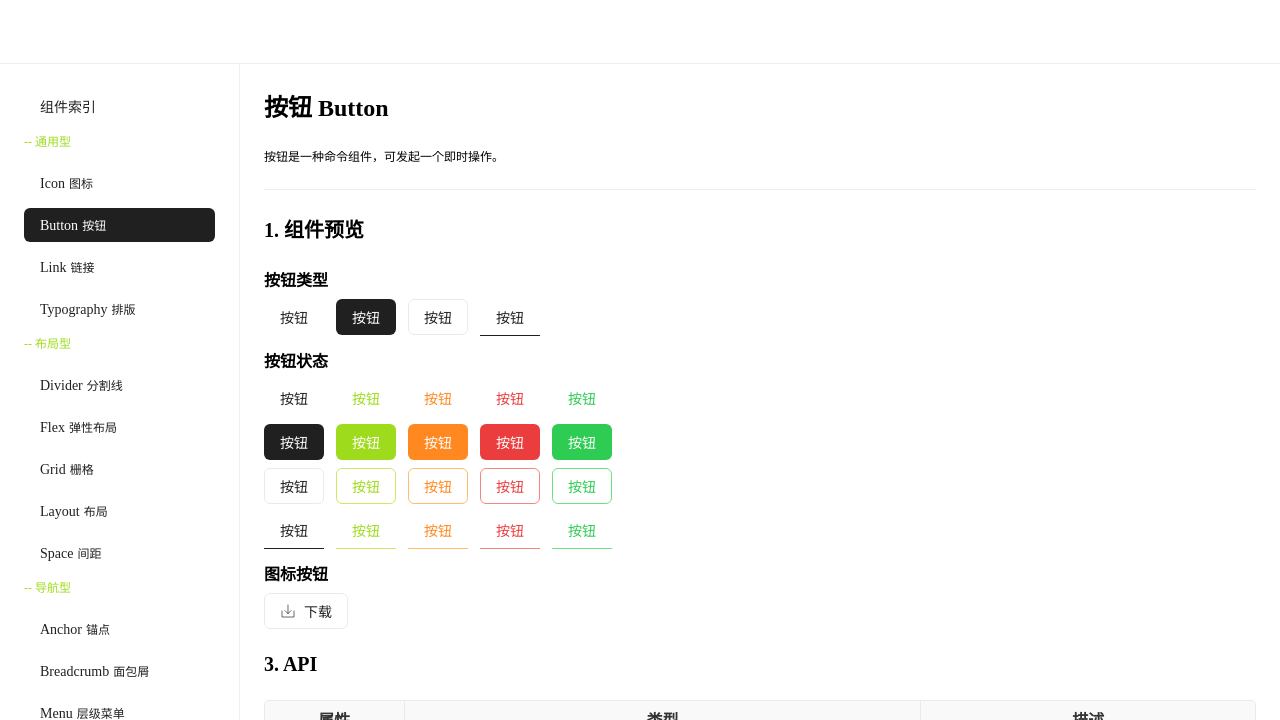
Repository: suminhan007/LandDesign
Page: /
The author's editor kept a copy of each file at every save. The page is drawn from the files as they stood at one save, then again after a run of saves.
The browser window is 1280 px wide. The pictures show the whole page.
An inner scrolling area shows only its first screen. The project was rebuilt for these pictures with package versions that can differ from the ones it lists, and the page was loaded fresh each time. Also part of the build but not shown: vite.config.ts, packages/Pop.tsx, example/components/ComponentPreview.tsx, example/components/IconExample.tsx.

Above is the page before, as saved 2024-03-17 19:08:15.

### index.html
<!DOCTYPE html>
<html lang="en">
  <head>
    <meta charset="UTF-8" />
    <link rel="icon" type="image/svg+xml" href="/vite.svg" />
    <meta name="viewport" content="width=device-width, initial-scale=1.0" />
    <title>Land Design</title>
  </head>
  <body>
    <div id="root"></div>
    <script type="module" src="/example/main.tsx"></script>
  </body>
</html>

### example/App.tsx
import React, { useState } from 'react';
import styled from 'styled-components';
import "./app.css";
import '../style/atomic.scss';
import '../style/variable.scss';

import Button from '../packages/Button';
import Divider from '../packages/Divider';
import Table from '../packages/Table';
import Title from '../packages/Title';
import ComponentPreview from './components/ComponentPreview';

// 引入数据
import {
  COMMON_COMPONENTS_DATA,
  LAYOUT_COMPONENTS_DATA,
  NAV_COMPONENTS_DATA,
  INPUT_COMPONENTS_DATA,
  DISPLAY_COMPONENTS_DATA,
  FEEDBACK_COMPONENTS_DATA,
  TEXT_COMPONENTS_DATA,
  OTHER_COMPONENTS_DATA
} from './mock';

const Nav_Data = [
  { id: 1, data: COMMON_COMPONENTS_DATA, title: '通用型' },
  { id: 2, data: LAYOUT_COMPONENTS_DATA, title: '布局型' },
  { id: 3, data: NAV_COMPONENTS_DATA, title: '导航型' },
  { id: 4, data: INPUT_COMPONENTS_DATA, title: '数据输入型' },
  { id: 5, data: DISPLAY_COMPONENTS_DATA, title: '输入展示型' },
  { id: 6, data: FEEDBACK_COMPONENTS_DATA, title: '反馈型' },
  { id: 7, data: TEXT_COMPONENTS_DATA, title: '文字型' },
  { id: 8, data: OTHER_COMPONENTS_DATA, title: '其他' },
]

function App() {
  const [activedId, setActivedId] = useState<number>(2);
  return (
    <div>
      <StyledTopNav></StyledTopNav>
      <div className='flex'>
        <StyledLeftNav className='flex column gap-20 py-24 px-24 overflow-auto'>
          {/* <Title title='-- 组件索引' type='p' className='my-8' style={{ color: 'var(--color-primary-6)' }} /> */}
              <Button
                text='组件索引'
                width='100%'
                justify='start'
                type={activedId === 0 ? 'background' : 'text'}
                onClick={() => setActivedId(0)}
              />
          {
            Nav_Data.map(navItem =>
              <div className='flex column gap-8'>
                <Title title={`-- ${navItem.title}`} type='p' className='my-8' style={{ color: 'var(--color-primary-6)' }} />
                {
                  navItem.data?.map(navBtnItem =>
                    <Button
                      key={navBtnItem.id}
                      text={navBtnItem.en}
                      subText={navBtnItem.zh}
                      width='100%'
                      justify='start'
                      type={activedId === navBtnItem.id ? 'background' : 'text'}
                      onClick={() => setActivedId(navBtnItem.id)}
                    />
                  )
                }
              </div>
            )
          }
        </StyledLeftNav>
        <StyledRightContent className='flex p-24 overflow-auto'>
          {/* 组件索引 */}
          {activedId === 0 && <ComponentPreview/>}
          {
            activedId != 0 && COMMON_COMPONENTS_DATA.filter(itm => itm.id === activedId).map(item =>
              <div className='width-100 flex column gap-24 mb-24' style={{height: 'fit-content'}}>
                <Title title={`${item.zh} ${item.en}`} type='h1' />
                <Title title={item.desc} type='p'/>
                <Divider />
                <Title title='1. 组件预览' type='h2' />
                  {item.example}
                <Title title='3. API' type='h2' />
                <Table titleData={[{ title: '属性', value: 'props' }, { title: '类型', value: 'type' }, { title: '描述', value: 'desc' }]} data={item.props} style={{ width: '100%' }} />

              </div>
            )
          }
        </StyledRightContent>
      </div>
    </div>
  )
}

const StyledTopNav = styled.div`
  height: 64px;
  border-bottom: 1px solid #eee;
  box-sizing: border-box;
`

const StyledLeftNav = styled.div`
    width: 240px;
    height: calc(100vh - 64px);
    flex-shrink: 0;
    border-right: 1px solid var(--color-border-1);
    box-sizing: border-box;
`

const StyledRightContent = styled.div`
    width: calc(100% - 48px);
    height: calc(100vh - 64px);
    box-sizing: border-box;
`

export default App

### example/app.css
body,
h1,
h2,
h3,
a,
p {
    margin: 0;
    padding: 0;
}

### style/variable.scss
:root{
    // 主题色
    --color-primary-1: #FCFFE8; // 背景
    --color-primary-2: #EDF8BB; // 文字禁用
    --color-primary-3: #DCF190; // 禁用
    --color-primary-4: #C9E968; // 特殊选中 & 边框
    --color-primary-5: #B5E241; // 悬浮 :hover
    --color-primary-6: #9FDB1D; // 常规
    --color-primary-7: #7EB712; // 点击 :active
    --color-primary-8: #5F940A; // 已点击

    // 状态色: success warnning error
    --color-red-1: #FFECE8;
    --color-red-2: #FBCBC4;
    --color-red-3: #F7A9A1;
    --color-red-4: #F3867E;
    --color-red-5: #EF625D;
    --color-red-6: #EB3D3D;
    --color-red-7: #C3262B;
    --color-red-8: #9C141D;

    --color-orange-1: #FFF7E8;
    --color-orange-2: #FFE6C0;
    --color-orange-3: #FFD298;
    --color-orange-4: #FFBC70;
    --color-orange-5: #FFA448;
    --color-orange-6: #FF8920;
    --color-orange-7: #D26614;
    --color-orange-8: #A6490A;

    --color-green-1: #E8FFEA;
    --color-green-2: #BDF5C3;
    --color-green-3: #95EBA1;
    --color-green-4: #70E083;
    --color-green-5: #4ED669;
    --color-green-6: #2ECC52;
    --color-green-7: #1DAC43;
    --color-green-8: #108C35;

    // 链接色
    --color-link-1: #E8F3FF;
    --color-link-2: #BEDAFF;
    --color-link-3: #94BFFF;
    --color-link-4: #6AA1FF;
    --color-link-5: #4080FF;
    --color-link-6: #165DFF;
    --color-link-7: #0E42D2;
    --color-link-8: #072CA6;

    // 标签色 & 数据色
    --color-tag-1: #F53F3F;
    --color-tag-2: #FF7D00;
    --color-tag-3: #23C343;
    --color-tag-4: #14C9C9;
    --color-tag-5: #3491FA;
    --color-tag-6: #8D4EDA;
    --color-tag-7: #FF4A83;
    --color-tag-8: #4e5969;
    --color-tag-9: #DDBEF6;
    --color-tag-10: #FF99B2;
    --color-tag-11: #AFF0B5;

    // 边框色(无交互)
    --color-border-1: #EFEFEF; // 常规
    --color-border-2: #EAEAEA; // 重边框

    // 边框粗细
    --border-1: 1px;
    --border-2: 2px;

    // 背景色
    --color-bg-white: #FFF;
    --color-bg-1: #F9F9F9;
    --color-bg-2: #F6F6F6;
    --color-bg-3: #FAFAFA;

    // 文字色
    --color-text-1: #0D0D0D;
    --color-text-2: #202020;
    --color-text-3: #555;
    --color-text-4: #888;
    --color-text-light: #F9F9F9;
    --color-text-white: #FFF;

    // 字号
    --font-content-small: 12px; // 正文-小
    --font-content-medium: 14px; // 正文-常规
    --font-content-large: 16px; // 正文-大
    --font-title-mini: 12px; // 标题-辅助
    --font-title-small: 16px; // 标题-小
    --font-title-medium: 20px; // 标题-常规
    --font-title-large: 24px; // 标题常-大
    --font-slogan-small: 36px; // 视觉标题-小
    --font-slogan-medium: 48px; // 视觉标题-常规
    --font-slogan-large: 64px; // 视觉标题常-大

    // 字重
    --font-weight-300: 300; // light
    --font-weight-400: 400; // regular
    --font-weight-500: 500; // bold
    --font-weight-500: 600; // heavy

    // 亲密性
    --size-4: 4px;
    --size-8: 8px;
    --size-12: 12px;
    --size-20: 20px;
    --size-32: 32px;
    --size-80: 80px;

    // 图标尺寸
    --icon-mini: 12px;
    --icon-small: 16px;
    --icon-medium: 20px;
    --icon-large: 24px;

    // 圆角
    --radius-2: 2px;
    --radius-4: 4px;
    --radius-6: 6px;
    --radius-8: 8px;
    --radius-12: 12px;
    --radius-20: 20px;
    --radius-50: 50%;

    // 间距
    --padding-small: 4px;
    --padding-medium: 8px 16px;
    --padding-large: 16px;

    // 背景模糊
    ---blur-small: blur(10px);
    ---blur-medium: blur(15px);
    ---blur-large: blur(30px);

    // 透明度
    ---opacity-0: 0;
    ---opacity-01: 0.1;
    ---opacity-02: 0.2;
    ---opacity-04: 0.4;
    ---opacity-68: 0.68;
    ---opacity-08: 0.8;
    ---opacity-09: 0.9;
    ---opacity-1: 1;

    // 投影
    --boxshadow-small: 0 0px 4px rgba(0, 0, 0, 0.1);
    --boxshadow-medium: 0 0 10px rgba(0, 0, 0, 0.1);
    --boxshadow-large: 0 0 20px rgba(0, 0, 0, 0.1);

    // 过渡
    --transition-15: 0.15s;
    --transition-2: 0.2s;
    --transition-3: 0.3s;
    --transition-8: 0.8s;

    /****** 暗黑模式 ******/
}

### packages/Button.tsx
import React, { CSSProperties, useMemo } from 'react'
import styled from 'styled-components'
// import { IconLoading } from './Icon';
import Pop, { PopProps } from './Pop';

export type ButtonProps = {
  /* 按钮主要文案 */
  text?: string;
  /* 按钮次要文案 */
  subText?: string;
  /* 按钮图标: 若仅指定 icon 而未指定文案，则渲染为按钮图标（宽高一致） */
  icon?: React.ReactNode;
  /* 设置按钮宽度&高度：设置后 padding 将不起作用 */
  width?: string | number;
  height?: string | number;
  /* 按钮文字对齐方式 */
  justify?: 'center' | 'start' | 'end';
  /* 按钮风格 */
  type?: 'text' | 'background' | 'border' | 'line';
  /* 按钮状态 */
  status?: 'default' | 'primary' | 'warning' | 'danger' | 'success';
  /* 是否禁用 */
  disabled?: boolean;
  /* 是否记载中 */
  loading?: boolean;
  /* 按钮气泡 */
  pop?: React.ReactNode | string;
  /* 气泡配置 */
  PopProps?: PopProps;
  /* 跳转链接：按钮作为 a 标签 */
  href?: string;
  /* a 标签对应的 target 属性 */
  target?: '_self' | '_blank' | '_top' | '_parent';
  /* 按钮点击事件 */
  onClick?: (e: React.UIEvent) => void;
  style?: CSSProperties;
  className?: string;
}

const Button: React.FC<ButtonProps> = ({
  text = '按钮',
  subText,
  icon,
  width,
  height,
  justify = 'center',
  type = 'border',
  status = 'default',
  disabled,
  loading,
  pop,
  PopProps,
  href,
  target = '_blank',
  onClick,
  style,
  className = ''
}) => {
  /* 仅指定 icon 属性时 iconOnly 默认为true */
  const iconOnly = useMemo(() => {
    if (icon || loading) {
      if (!text && !subText) return true;
    }
  }, [icon, text, subText, loading])

  // 配置按钮颜色
  const buttonColorConfig = useMemo(() => {
    switch (status) {
      case 'success': return 'var(--color-green-';
      case 'warning': return 'var(--color-orange-';
      case 'danger': return 'var(--color-red-';
      case 'primary': return 'var(--color-primary-';
      default: return '';
    }
  }, [status])
  return (
    <>
      {!href ?
        <StyledButton
          className={`land-button ${type} ${status} ${disabled ? 'disabled' : ''} ${pop ? 'hover-pop' : ''} ${className}`}
          style={{
            width: width || 'fit-content',
            height: height || 'fit-content',
            ...style
          }}
          justify={justify}
          color={buttonColorConfig}
          onClick={(e: React.UIEvent) => onClick?.(e)}
        >
          {loading ? <>load</> : icon}
          {!iconOnly && <div>
            <span>{text}</span>
            {subText && <span className='subText'>{subText}</span>}
          </div>}
          {pop && <Pop content={pop} {...PopProps} />}
        </StyledButton>
        :
        <StyleButtonLink
          href={href}
          target={target}
          className={`land-button ${pop ? 'hover-pop' : ''} ${className}`}
          style={{
            width: width || 'fit-content',
            height: height || 'fit-content',
            ...style
          }}
          justify={justify}
          color={buttonColorConfig}
          onClick={(e: React.UIEvent) => onClick?.(e)}
        >
          {/* {loading ? <IconLoading /> : icon} */}
          {!iconOnly && <div>
            <span>{text}</span>
            <span className='subText'>{subText}</span>
          </div>}
          {pop && <Pop content={pop} {...PopProps} />}
        </StyleButtonLink>
      }
    </>
  )
}

const StyledButton = styled.div<{
  justify?: any;
  color?: string;
}>`
    position: relative;
    display: flex;
    align-items: center;
    justify-content: ${props => props.justify};
    gap: var(--size-8);
    padding: var(--padding-medium);
    color: ${props => props.color ? `${props.color}6)` : 'var(--color-text-2)'};
    &:hover {
      color: ${props => props.color ? `${props.color}5)` : 'var(--color-text-3)'};
    }
    &:active {
      color: ${props => props.color ? `${props.color}7)` : 'var(--color-text-1)'};
    }
    font-size: var(--font-content-medium);
    border-radius: var(--radius-6);
    box-sizing: border-box;
    transition: all var(--transition-15) linear;
    cursor: pointer;
    .subText{
      margin-left: 4px;
      font-size: var(--font-content-small);
      opacity: var(--opacity-68);
    }

    &.text,
    &.border.default {
      &:hover {
        background-color: var(--color-bg-1);
      }
      &:active {
        background-color: var(--color-bg-2);
      }
    }

    &.background {
      color: var(--color-text-white);
      background-color: ${props => `${props.color}6)` };
      &.default {
        background-color: var(--color-text-2);
        &:hover {
          background-color: var(--color-text-1);
        }
        &:active {
          background-color: var(--color-text-1);
        }
      }
      &:hover {
        background-color: ${props => `${props.color}5)` };
      }
      &:active {
        background-color: ${props => `${props.color}7)` };
      }
    }

    &.border {
      padding: 7px 15px;
      border: ${props => `var(--border-1) solid ${props.color}4)`};
      &.default {
        border-color: var(--color-border-2);
      }
      &:hover {
        background-color: ${props => `${props.color}1)` };
      }
      &:active {
        background-color: ${props => `${props.color}2)` };
      }
    }

    &.line {
      border-bottom: var(--border-1) solid transparent;
      border-color: ${props => `${props.color}4)`};
      border-radius: 0;
      &.default {
        border-color: var(--color-text-2);
      }
    }

    &.disabled {
      opacity: var(--opacity-68);
      cursor: default;
    }
`

const StyleButtonLink = styled.a<{
  justify?: any;
}>`
  ${StyledButton};
  text-decoration: none;
`

export default Button

### packages/Divider.tsx
import React, { CSSProperties } from 'react'

export type DividerProps = {
    /* 分割线方向 */
    direction?: 'row' | 'column';
    /* 分割线粗细 */
    size?: number;
    /* 分割线上下或左右边距 */
    margin?: number;
    /* 分割线类型：实线或者虚线 */
    type?: 'solid' | 'dashed';
    /* 分割线颜色 */
    color?: string;
    /* 分割线包含的内容 */
    content?: React.ReactNode | string;
    /* 分割线包含内容时对齐方式 */
    align?: 'left' | 'center' | 'right';
    style?: CSSProperties;
    className?: string;
}

const Divider: React.FC<DividerProps> = ({
    direction = 'row',
    size = 1,
    margin = 0,
    type = 'solid',
    color = '#eee',
    content,
    align = 'center',
    style,
    className = ''
}) => {
    return (
        <div
            className={`land-divider ${className}`}
            style={{
                display: 'flex',
                alignItems: 'center',
                flexDirection: direction,
                gap: content && '8px',
                width: direction === 'row' ? '100%' : `${size}px`,
                height: direction === 'column' ? '100%' : 'auto',
                margin: direction === 'row' ? `${margin}px 0` : `0 ${margin}px`,
                ...style
            }}
        >
            <div
                style={{
                    flex: align === 'left' ? '10%' : align === 'right' ? '90%' : 1,
                    height: '0px',
                    borderBottom: direction === 'row' ? `${size}px ${type} ${color}` : 'none',
                    borderLeft: direction === 'column' ? `${size}px ${type} ${color}` : 'none',
                }}
            ></div>
            {content &&
                <>
                    <div
                        style={{
                            fontSize: '12px',
                            color: '#999',
                            writingMode: direction === 'column' ? 'vertical-rl' : 'unset',
                            textOrientation: direction === 'column' ? 'upright' : 'unset',
                        }}>
                        {content}
                    </div>
                    <div
                        style={{
                            flex: align === 'left' ? '90%' : align === 'right' ? '10%' : 1,
                            height: '0px',
                            borderBottom: direction === 'row' ? `${size}px ${type} ${color}` : 'none',
                            borderLeft: direction === 'column' ? `${size}px ${type} ${color}` : 'none',
                        }}
                    ></div>
                </>
            }
        </div >
    )
}

export default Divider

### packages/Table.tsx
import React, { CSSProperties } from 'react'
import styled from 'styled-components'

export type TableProps = {
    titleData?: { title: string | React.ReactNode, value: string }[];
    data?: any[]
    style?: CSSProperties;
    className?: string;
}

const Table: React.FC<TableProps> = ({
    titleData,
    data = [],
    style,
    className = ''
}) => {
    return (
        <StyledTable className={`land-table ${className}`} style={style}>
            <thead>
                <tr>
                    {titleData?.map((item1, index1) =>
                        <th key={index1}>{item1.title}</th>
                    )}
                </tr>
            </thead>
            <tbody>
                {data.map(item2 =>
                    <tr>
                        {Object.values(item2).map((item3: any) =>
                            <td>{item3}</td>
                        )}
                    </tr>
                )}
            </tbody>
        </StyledTable>
    )
}

const StyledTable = styled.table`
    border-spacing: 0px;
    border: 1px solid #eaeaea;
    border-radius: 4px;
    overflow: hidden;
    thead {
        background-color: #f9f9f9;
        td {
            text-align: center;
        }
    }
    tbody tr td{
        border-top: 1px solid #eaeaea;
    }
    thead tr th:not(:last-child),
    tbody tr td:not(:last-child) {
        border-right: 1px solid #eaeaea;
    }
    td,th {
        padding: 8px 16px;
        box-sizing: border-box;
        color: #333;
        line-height: 1.5em;
    }
`

export default Table;

### packages/Title.tsx
import React, { CSSProperties } from 'react'
import styled from 'styled-components'

export type TitleProps = {
  /* 标题内容 */
  title?: string;
  /* 标题层级 */
  type?: 'h1' | 'h2' | 'h3' | 'p';
  /* 标题前缀 */
  prefix?: string;
  /* 标题角标 */
  sub?: string | React.ReactNode;
  style?: CSSProperties;
  className?: string;
  onClick?: () => void;
}

const Pop: React.FC<TitleProps> = ({
  title,
  type = 'h1',
  prefix,
  sub,
  style,
  className = '',
  onClick
}) => {
  return (
    <StyledTitle className={`land-title ${className}`} style={style} onClick={() => onClick?.()}>
      {prefix && <span className='land-title-prefix'>{prefix}</span>}
      {type === 'h1' && <h1>{title}</h1>}
      {type === 'h2' && <h2>{title}</h2>}
      {type === 'h3' && <h3>{title}</h3>}
      {type === 'p' && <p>{title}</p>}
      {sub && typeof (sub) === 'string' ? <div className='land-title-sub'>{sub}</div> : <>{sub}</>}
    </StyledTitle>
  )
}

const StyledTitle = styled.div`
  position: relative;
  display: flex;
  align-items: center;
  gap: 8px;
  width: fit-content;
  font-weight: 600;
  h1 {
    font-size: 24px;
  }
  h2 {
    font-size: 20px;
  }
  h3 {
    font-size: 16px;
  }
  p {
    font-size: 12px;
    font-weight: 400;
  }
  .land-title-sub{
    position: absolute;
    top: -30%;
    right: -50%;
    padding: 2px 4px;
    font-size: 8px;
    font-weight: 400;
    color: white;
    background-color: #202023;
    border-radius: 4px;
  }
`

export default Pop

### example/components/ButtonExample.tsx
import React from 'react';
import Title from '../../packages/Title';
import Button from '../../packages/Button';
import { IconDownload } from '../../packages/Icon';

export default function ButtonExample() {
  return (
    <div className='flex column gap-12'>
      <div className='flex column gap-8'>
        <Title title='按钮类型' type='h3' />
          <div className='flex gap-12'>
            <Button text='按钮' type='text' />
            <Button text='按钮' type='background' />
            <Button text='按钮' type='border' />
            <Button text='按钮' type='line'/>
          </div>
      </div>

      <div className='flex column gap-8'>
          <Title title='按钮状态' type='h3' />
          <div className='flex gap-12'>
            <Button text='按钮' type='text' status='default' />
            <Button text='按钮' type='text' status='primary' />
            <Button text='按钮' type='text' status='warning' />
            <Button text='按钮' type='text' status='danger' />
            <Button text='按钮' type='text' status='success'/>
        </div>
        <div className='flex gap-12'>
          <Button text='按钮' type='background' status='default'/>
          <Button text='按钮' type='background' status='primary'/>
          <Button text='按钮' type='background' status='warning'/>
          <Button text='按钮' type='background' status='danger'/>
          <Button text='按钮' type='background' status='success'/>
        </div>
        <div className='flex gap-12'>
          <Button text='按钮' type='border' status='default'/>
          <Button text='按钮' type='border' status='primary'/>
          <Button text='按钮' type='border' status='warning'/>
          <Button text='按钮' type='border' status='danger'/>
          <Button text='按钮' type='border' status='success'/>
        </div>
        <div className='flex gap-12'>
          <Button text='按钮' type='line' status='default'/>
          <Button text='按钮' type='line' status='primary'/>
          <Button text='按钮' type='line' status='warning'/>
          <Button text='按钮' type='line' status='danger'/>
          <Button text='按钮' type='line' status='success'/>
          </div>
      </div>

      <div className='flex column gap-8'>
        <Title title='图标按钮' type='h3' />
          <div className='flex gap-12'>
          <Button text='下载' type='border' icon={<IconDownload />} />
          </div>
      </div>
    </div>
  )
}

Loaded but not shown: example/main.tsx (common file); packages/Icon.tsx (581 lines, source omitted); example/mock.tsx (558 lines, source omitted); style/atomic.scss (516 lines, source omitted)

After the next 4 saves:
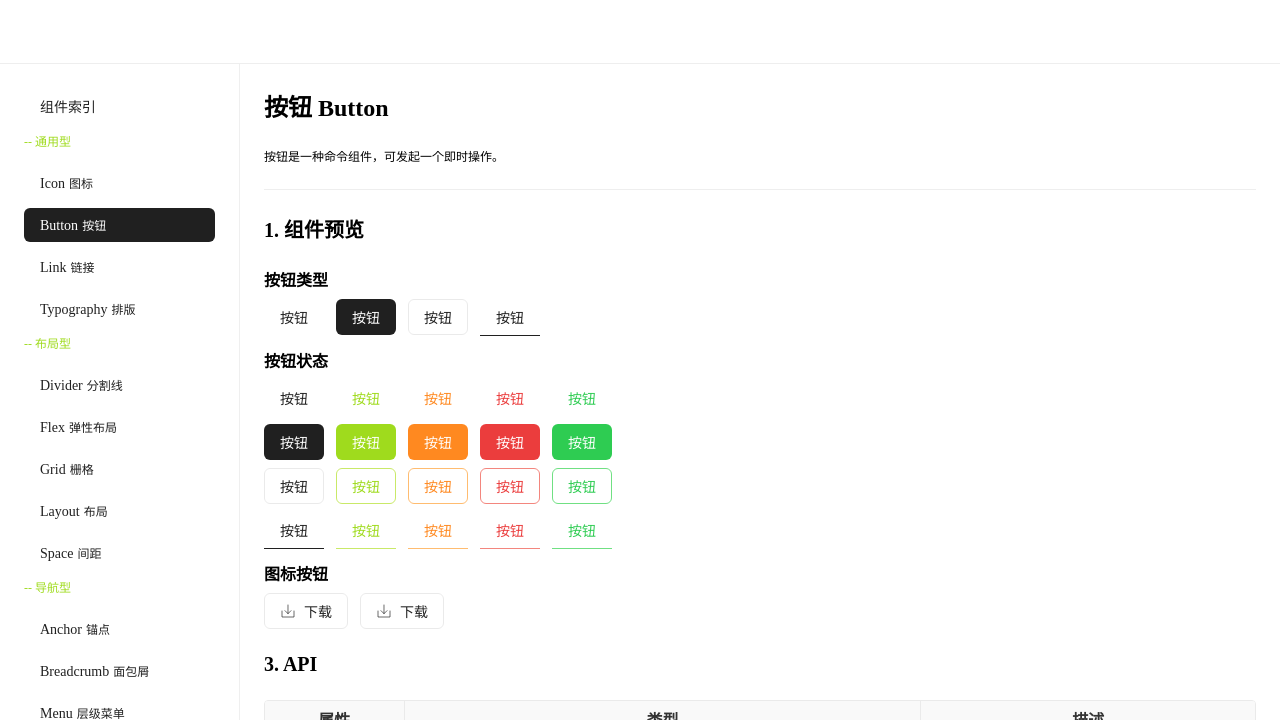
The 4 saves are shown as one change because they came seconds apart.
The last was saved 23 s later.
--- a/example/components/ButtonExample.tsx
+++ b/example/components/ButtonExample.tsx
@@ -52,6 +52,7 @@ export default function ButtonExample() {
         <Title title='图标按钮' type='h3' />
           <div className='flex gap-12'>
           <Button text='下载' type='border' icon={<IconDownload />} />
+          <Button text='下载' type='border' icon={<IconDownload />} />
           </div>
       </div>
     </div>
